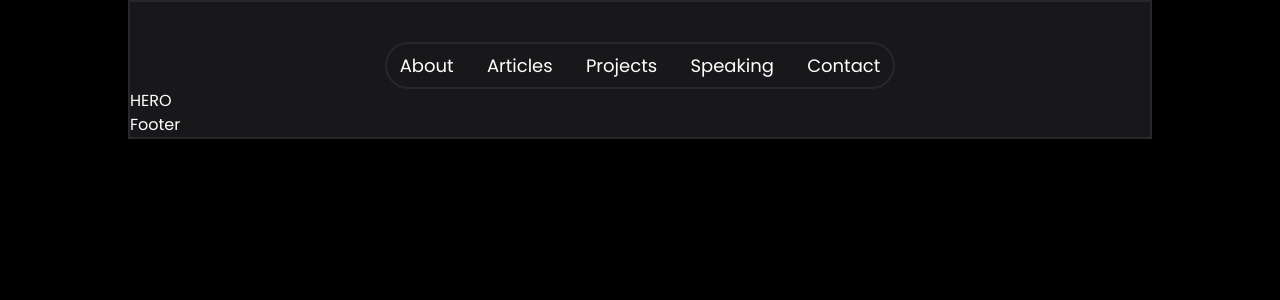
Repository: Wafaabahgat/Portfolio
Page: /
The author's editor kept a copy of each file at every save. The page is drawn from the files as they stood at one save, then again after a run of saves.
The browser window is 1280 px wide. The pictures show the whole page.
The project was rebuilt for these pictures with package versions that can differ from the ones it lists, and the page was loaded fresh each time. Also part of the build but not shown: vite.config.ts, src/App.css, src/ErrorPage.tsx.

Above is the page before, as saved 2023-12-07 03:02:19.

After the next 2 saves:
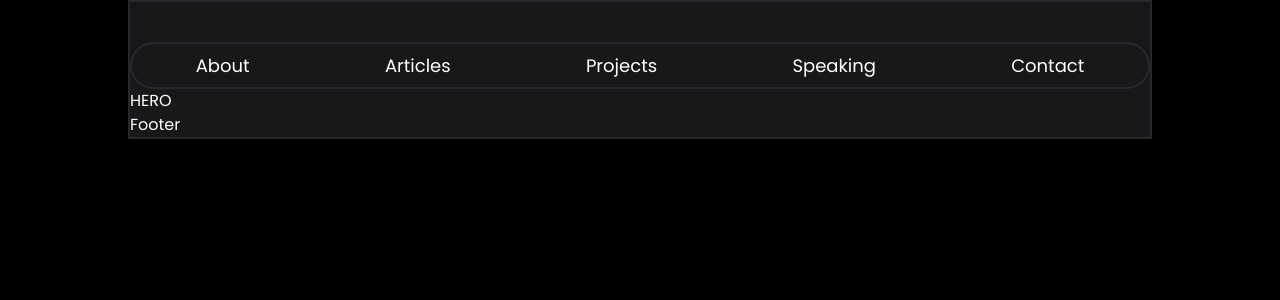
The 2 saves are shown as one change because they came seconds apart.
The last was saved 8 s later.
--- a/src/components/layouts/Header.tsx
+++ b/src/components/layouts/Header.tsx
@@ -30,7 +30,7 @@ const Header: FC<HeaderProps> = () => {
     <>
       <div className="mt-10">
         <nav >
-          <ul className="flex gap-2 py-2 border-h rounded-full w-[50%] mx-auto">
+          <ul className="flex gap-2 py-2 border-h rounded-full mx-auto">
             {links?.map((e, i) => (
               <li
                 key={i}
